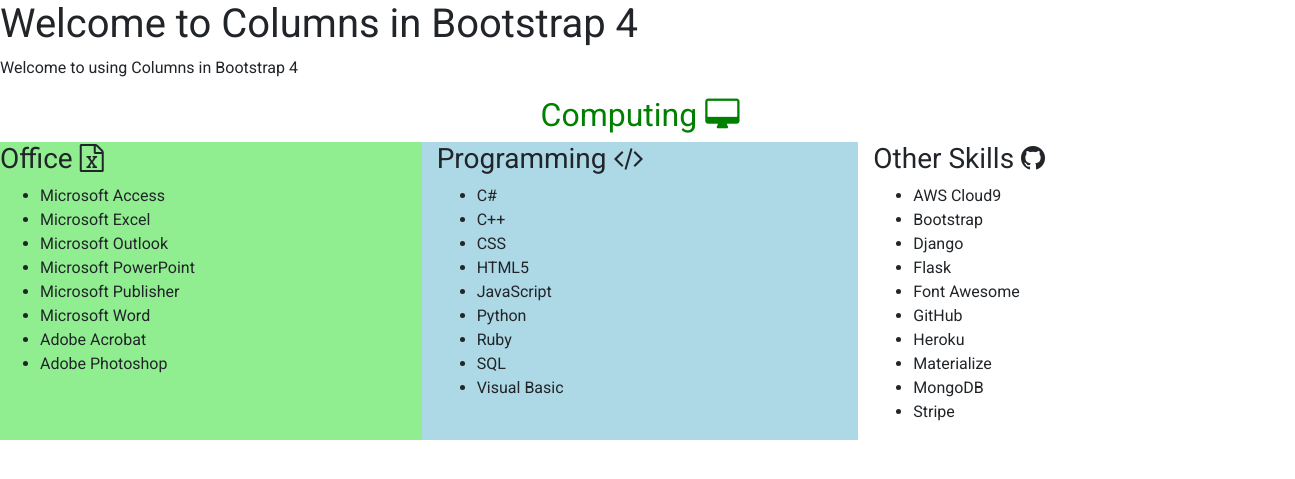
Repository: derektypist/columns-in-bootstrap-4
Page: index.html
The author's editor kept a record of every edit. The page is drawn from the files as they stood at one moment, then again after the next edit.
The browser window is 1280 px wide. The page is 1295 px wide, so the pictures cover 1295 px, including what lies to the right of the window. The pictures show the whole page.

Above is the page before.

After the next edit:
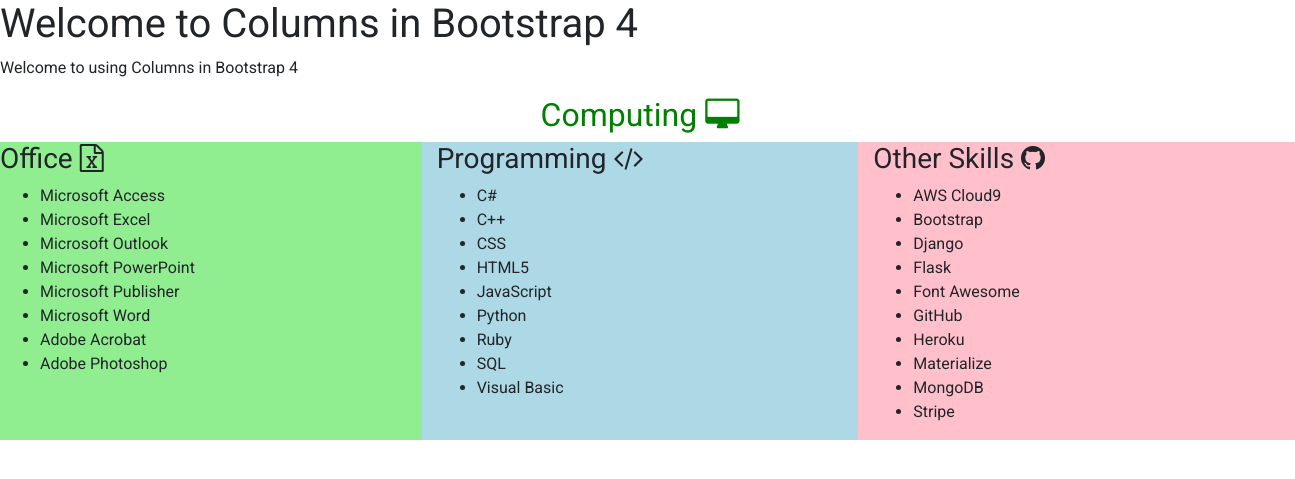
The edit:
--- a/index.html
+++ b/index.html
@@ -58,7 +58,7 @@
             </article>
 
             <!-- Set Up Article for Other Skills -->
-            <article class="col-sm-4">
+            <article class="col-sm-4 otherskills">
                 <h3>Other Skills <i class="fa fa-github" aria-hidden="true"></i></h3>
                 <ul>
                     <li>AWS Cloud9</li>
